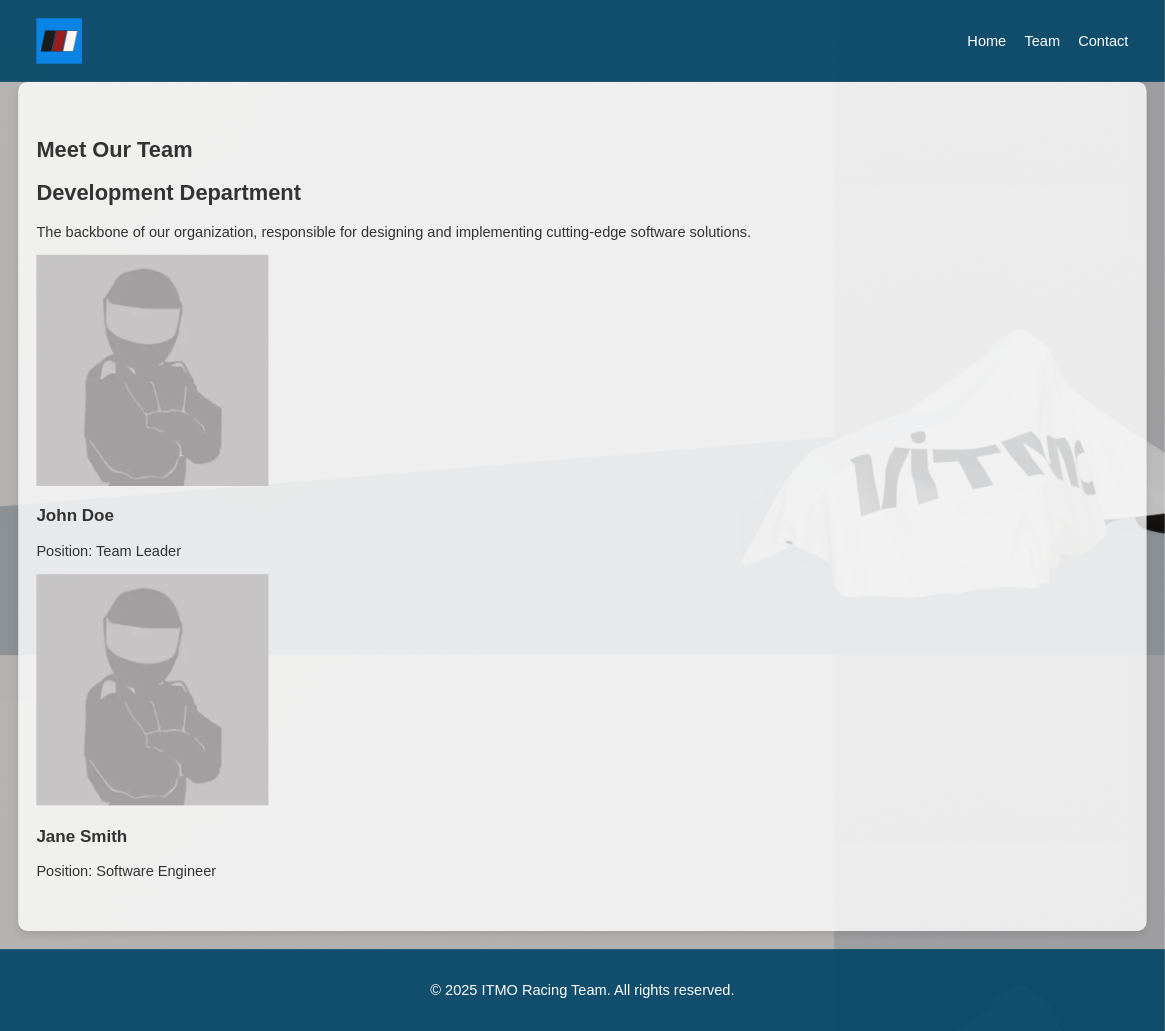
Repository: fs-itmo/fs-itmo.github.io
Page: team.html
The author's editor kept a copy of each file at every save. The page is drawn from the files as they stood at one save, then again after the next save.
The browser window is 1280 px wide. The pictures show the whole page, at 91% of full size.
Backgrounds fixed to the window are drawn as part of the page.

Above is the page before, as saved 2024-12-30 14:32:34.

After the next save:
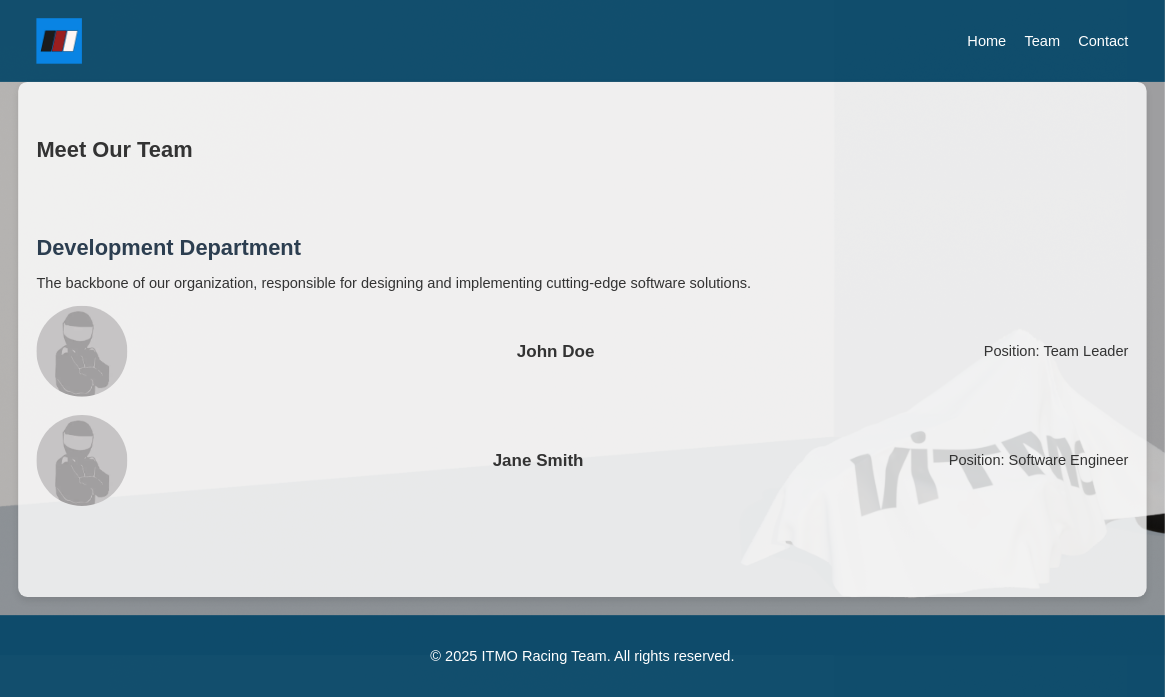
Saved 76 s later.
--- a/css/style.css
+++ b/css/style.css
@@ -79,3 +79,29 @@
     padding: 20px 0;
     margin-top: 20px;
 }
+
+.team-section {
+    display: flex;
+    flex-direction: column;
+    gap: 40px;
+  }
+  .team-department {
+    margin-bottom: 40px;
+  }
+  .team-department h2 {
+    color: #2c3e50;
+    margin-bottom: 10px;
+  }
+  .team-member {
+    display: flex;
+    align-items: center;
+    justify-content: space-between;
+    gap: 20px;
+    margin-bottom: 20px;
+  }
+  .team-member img {
+    width: 100px;
+    height: 100px;
+    border-radius: 50%;
+    object-fit: cover;
+  }
